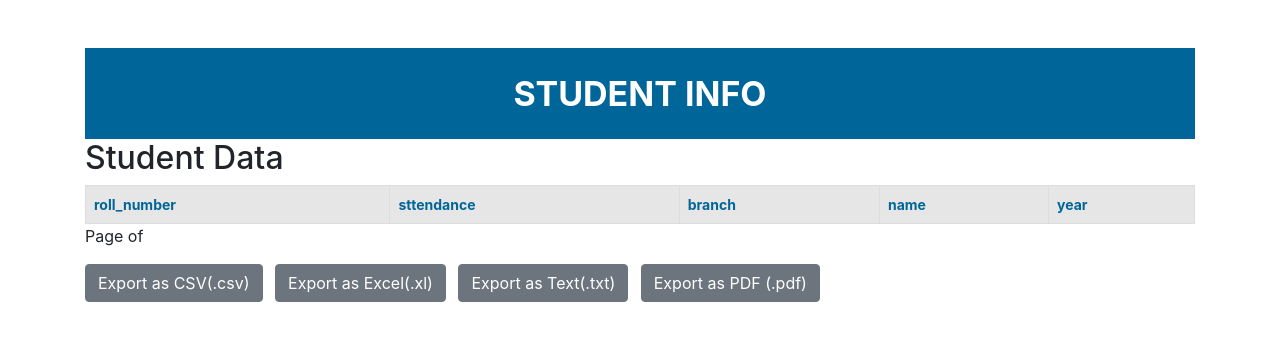
Repository: supranshu/CrystalReportGenerator
Page: http://localhost/produce_report
The author's editor kept a copy of each file at every save. The page is drawn from the files as they stood at one save, then again after the next save.
The browser window is 1280 px wide. The pictures show the whole page.
The page is this project's Thymeleaf template; nobody is signed in. The template is opened directly, without the code that normally fills it, so the values that code supplies are empty.

Above is the page before, as saved 2023-08-03 17:38:45.

### com.report/src/main/resources/templates/produce_report.html
<!DOCTYPE html>
<html xmlns:th="http://www.thymeleaf.org">
<head>
    <meta charset="UTF-8">
    <title>Produce Report</title>
    <link rel="stylesheet" href="https://maxcdn.bootstrapcdn.com/bootstrap/4.5.2/css/bootstrap.min.css">
    <style>
        /* Apply CSS styles here to mimic the appearance of the JRXML table */
        /* You can use inline styles or link to an external CSS file */
        /* Example styles to get you started */
        table {
            border-collapse: collapse;
            width: 100%;

        }
        th, td {
            padding: 8px;
            text-align: left;
            border: 1px solid #ddd;
        }
        th {
            font-size: 14px;
            font-weight: bold;
            background-color: #E6E6E6;
            color: #006699;

        }
        td {
            font-size: 14px;
            font-weight: 500;
        }

        .page-header {
            background-color: #006699;
            color: #FFFFFF;
            text-align: center;
            font-size: 34px;
            font-weight: bold;
            padding: 20px;
        }
    </style>

</head>

<body>
    <div class="container mt-5">
        <div class="page-header">
	        STUDENT INFO
	    </div>


		    <h2>Student Data</h2>
		    <table>
		        <thead>
		            <tr>
		                <th>roll_number</th>
		                <th>sttendance</th>
		                <th>branch</th>
		                <th>name</th>
		                <th>year</th>
		            </tr>
		        </thead>
		        <tbody>
		            <!-- Loop through students and generate table rows -->
		            <tr th:each="student : ${students}">
		                <td th:text="${student.rollNumber}">Roll Number</td>
		                <td th:text="${student.attendance}">Attendance</td>
		                <td th:text="${student.branch}">Branch</td>
		                <td th:text="${student.name}">Name</td>
		                <td th:text="${student.year}">Year</td>
		            </tr>
		        </tbody>
		    </table>
		    <div class="page-footer">
		        Page <span th:text="${currentPage}"></span> of <span th:text="${totalPages}"></span>
		    </div>








        <div class="mt-3">
            <a class="btn btn-secondary mr-2" th:href="@{/export/csv(year=${year}, branch=${branch})}" target="_blank">Export as CSV(.csv)</a>
            <a class="btn btn-secondary mr-2" th:href="@{/export/excel(year=${year}, branch=${branch})}" target="_blank">Export as Excel(.xl)</a>
            <a class="btn btn-secondary mr-2" th:href="@{/export/notepad(year=${year}, branch=${branch})}" target="_blank">Export as Text(.txt)</a>
            <a class="btn btn-secondary" th:href="@{/export/pdf(year=${year}, branch=${branch})}" target="_blank">Export as PDF (.pdf)</a>
        </div>
    </div>


</body>
</html>

After the next save:
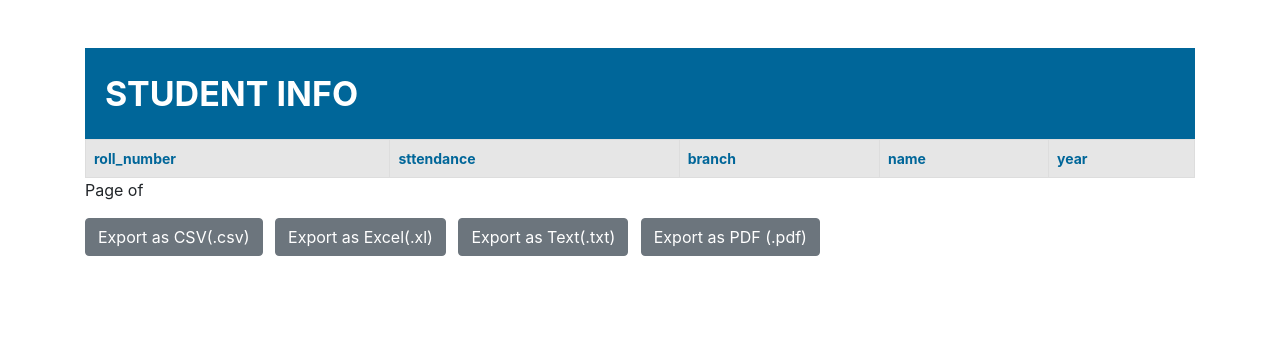
Saved 20 s later.
--- a/com.report/src/main/resources/templates/produce_report.html
+++ b/com.report/src/main/resources/templates/produce_report.html
@@ -33,7 +33,7 @@
         .page-header {
             background-color: #006699;
             color: #FFFFFF;
-            text-align: center;
+            text-align: left;
             font-size: 34px;
             font-weight: bold;
             padding: 20px;
@@ -48,8 +48,6 @@
 	        STUDENT INFO
 	    </div>
 
-
-		    <h2>Student Data</h2>
 		    <table>
 		        <thead>
 		            <tr>
